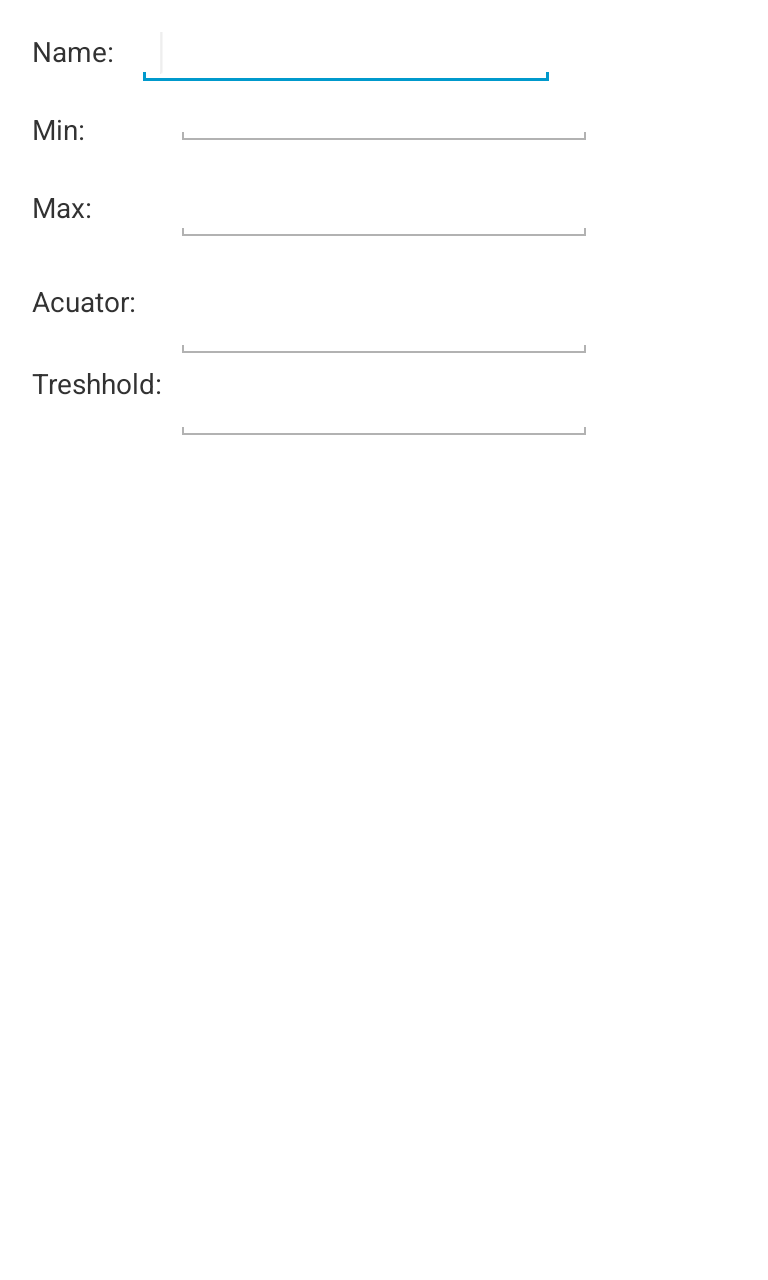
Repository: CTIS-SP-Team5/greenAgent
Layout: Android/GreenAgent/GreenAgent/res/layout/activity_view_setting.xml
These files come from the project's save history. The layout is drawn as it stood at one moment and after the next save; the edit follows.
It is drawn on a 768 x 1280 px phone screen (xhdpi) without system bars, with theme AppTheme; the app's code is not run.

Above is the layout before, as saved 2014-05-05 17:59:06.

### Android/GreenAgent/GreenAgent/res/layout/activity_view_setting.xml
<RelativeLayout xmlns:android="http://schemas.android.com/apk/res/android"
    xmlns:tools="http://schemas.android.com/tools"
    android:layout_width="match_parent"
    android:layout_height="match_parent"
    android:paddingBottom="@dimen/activity_vertical_margin"
    android:paddingLeft="@dimen/activity_horizontal_margin"
    android:paddingRight="@dimen/activity_horizontal_margin"
    android:paddingTop="@dimen/activity_vertical_margin"
    tools:context=".ViewSettingActivity" >

    <TextView
        android:id="@+id/textView2"
        android:layout_width="wrap_content"
        android:layout_height="wrap_content"
        android:text="Name:" />

    <TextView
        android:id="@+id/textView1"
        android:layout_width="wrap_content"
        android:layout_height="wrap_content"
        android:layout_alignLeft="@+id/textView2"
        android:layout_below="@+id/textView2"
        android:layout_marginTop="20dp"
        android:text="Min:" />

    <TextView
        android:id="@+id/textView3"
        android:layout_width="wrap_content"
        android:layout_height="wrap_content"
        android:layout_alignLeft="@+id/textView1"
        android:layout_below="@+id/textView1"
        android:layout_marginTop="20dp"
        android:text="Max:" />

    <TextView
        android:id="@+id/textView4"
        android:layout_width="wrap_content"
        android:layout_height="wrap_content"
        android:layout_below="@+id/textView3"
        android:layout_marginTop="28dp"
        android:text="Acuator:" />

    <TextView
        android:id="@+id/textView5"
        android:layout_width="wrap_content"
        android:layout_height="wrap_content"
        android:layout_alignLeft="@+id/textView4"
        android:layout_below="@+id/textView4"
        android:layout_marginTop="22dp"
        android:text="Treshhold:" />

    <EditText
        android:id="@+id/editText1"
        android:layout_width="wrap_content"
        android:layout_height="wrap_content"
        android:layout_alignBaseline="@+id/textView2"
        android:layout_alignBottom="@+id/textView2"
        android:layout_toRightOf="@+id/textView4"
        android:ems="10" >

        <requestFocus />
    </EditText>

    <EditText
        android:id="@+id/editText2"
        android:layout_width="wrap_content"
        android:layout_height="wrap_content"
        android:layout_above="@+id/textView3"
        android:layout_centerHorizontal="true"
        android:ems="10" />

    <EditText
        android:id="@+id/editText3"
        android:layout_width="wrap_content"
        android:layout_height="wrap_content"
        android:layout_alignBaseline="@+id/textView3"
        android:layout_alignBottom="@+id/textView3"
        android:layout_centerHorizontal="true"
        android:ems="10" />

    <EditText
        android:id="@+id/editText4"
        android:layout_width="wrap_content"
        android:layout_height="wrap_content"
        android:layout_alignTop="@+id/textView4"
        android:layout_centerHorizontal="true"
        android:ems="10" />

    <EditText
        android:id="@+id/editText5"
        android:layout_width="wrap_content"
        android:layout_height="wrap_content"
        android:layout_alignTop="@+id/textView5"
        android:layout_centerHorizontal="true"
        android:ems="10" />

</RelativeLayout>

Loaded but not shown: Android/GreenAgent/GreenAgent/res/values/styles.xml (common file); Android/GreenAgent/GreenAgent/res/values-v11/styles.xml (common file); Android/GreenAgent/GreenAgent/res/values-v14/styles.xml (common file); Android/GreenAgent/GreenAgent/res/values/dimens.xml (common file)

After the next save:
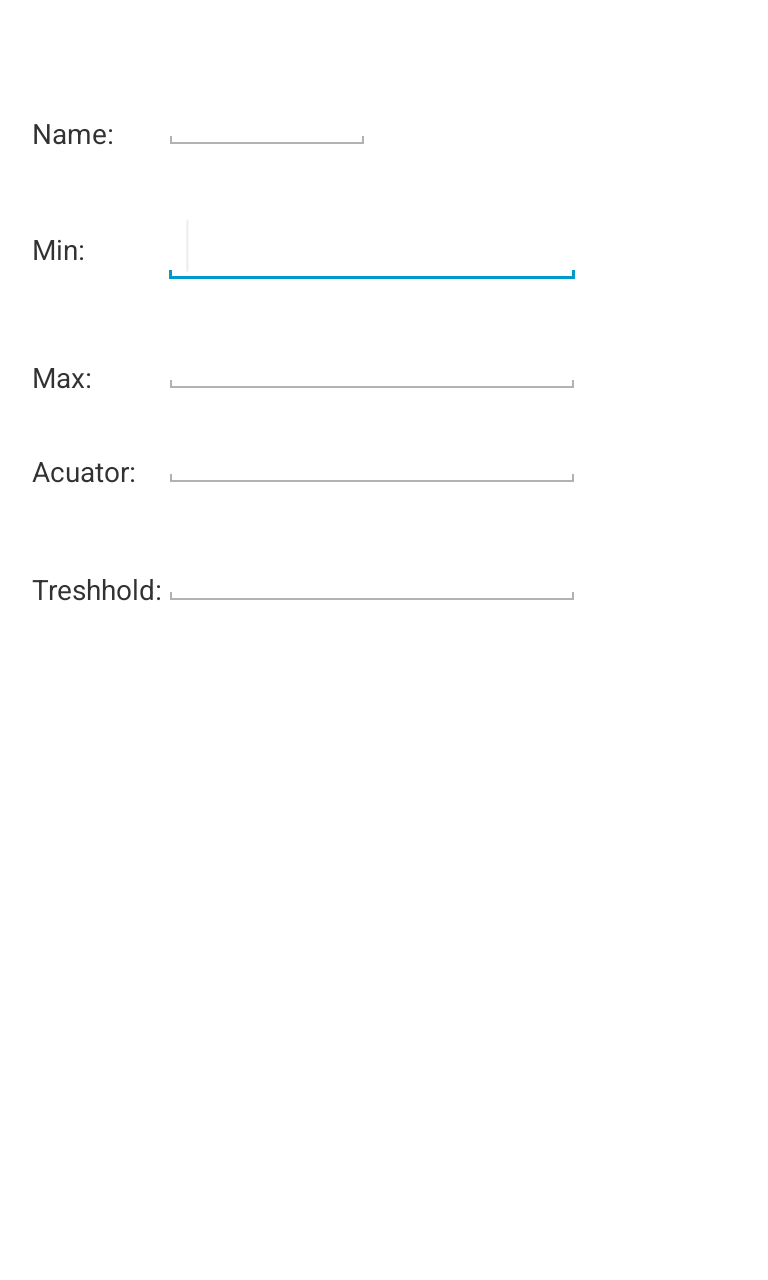
Saved 80 s later.
--- a/Android/GreenAgent/GreenAgent/res/layout/activity_view_setting.xml
+++ b/Android/GreenAgent/GreenAgent/res/layout/activity_view_setting.xml
@@ -9,10 +9,31 @@
     tools:context=".ViewSettingActivity" >
 
     <TextView
-        android:id="@+id/textView2"
+        android:id="@+id/textView5"
         android:layout_width="wrap_content"
         android:layout_height="wrap_content"
-        android:text="Name:" />
+        android:layout_alignLeft="@+id/textView4"
+        android:layout_below="@+id/textView4"
+        android:layout_marginTop="40dp"
+        android:text="Treshhold:" />
+
+    <TextView
+        android:id="@+id/textView4"
+        android:layout_width="wrap_content"
+        android:layout_height="wrap_content"
+        android:layout_alignLeft="@+id/textView3"
+        android:layout_below="@+id/editText3"
+        android:layout_marginTop="28dp"
+        android:text="Acuator:" />
+
+    <TextView
+        android:id="@+id/textView3"
+        android:layout_width="wrap_content"
+        android:layout_height="wrap_content"
+        android:layout_alignLeft="@+id/textView1"
+        android:layout_below="@+id/editText2"
+        android:layout_marginTop="36dp"
+        android:text="Max:" />
 
     <TextView
         android:id="@+id/textView1"
@@ -20,78 +41,59 @@
         android:layout_height="wrap_content"
         android:layout_alignLeft="@+id/textView2"
         android:layout_below="@+id/textView2"
-        android:layout_marginTop="20dp"
+        android:layout_marginTop="39dp"
         android:text="Min:" />
 
     <TextView
-        android:id="@+id/textView3"
+        android:id="@+id/textView2"
         android:layout_width="wrap_content"
         android:layout_height="wrap_content"
-        android:layout_alignLeft="@+id/textView1"
-        android:layout_below="@+id/textView1"
-        android:layout_marginTop="20dp"
-        android:text="Max:" />
-
-    <TextView
-        android:id="@+id/textView4"
-        android:layout_width="wrap_content"
-        android:layout_height="wrap_content"
-        android:layout_below="@+id/textView3"
-        android:layout_marginTop="28dp"
-        android:text="Acuator:" />
-
-    <TextView
-        android:id="@+id/textView5"
-        android:layout_width="wrap_content"
-        android:layout_height="wrap_content"
-        android:layout_alignLeft="@+id/textView4"
-        android:layout_below="@+id/textView4"
-        android:layout_marginTop="22dp"
-        android:text="Treshhold:" />
+        android:layout_alignParentTop="true"
+        android:layout_marginTop="41dp"
+        android:text="Name:" />
 
     <EditText
         android:id="@+id/editText1"
         android:layout_width="wrap_content"
         android:layout_height="wrap_content"
-        android:layout_alignBaseline="@+id/textView2"
         android:layout_alignBottom="@+id/textView2"
-        android:layout_toRightOf="@+id/textView4"
+        android:layout_toRightOf="@+id/textView5"
+        android:ems="5" />
+
+    <EditText
+        android:id="@+id/editText2"
+        android:layout_width="wrap_content"
+        android:layout_height="wrap_content"
+        android:layout_alignBaseline="@+id/textView1"
+        android:layout_alignBottom="@+id/textView1"
+        android:layout_alignLeft="@+id/editText1"
         android:ems="10" >
 
         <requestFocus />
     </EditText>
 
     <EditText
-        android:id="@+id/editText2"
-        android:layout_width="wrap_content"
-        android:layout_height="wrap_content"
-        android:layout_above="@+id/textView3"
-        android:layout_centerHorizontal="true"
-        android:ems="10" />
-
-    <EditText
         android:id="@+id/editText3"
         android:layout_width="wrap_content"
         android:layout_height="wrap_content"
-        android:layout_alignBaseline="@+id/textView3"
         android:layout_alignBottom="@+id/textView3"
-        android:layout_centerHorizontal="true"
+        android:layout_alignLeft="@+id/editText2"
         android:ems="10" />
 
     <EditText
         android:id="@+id/editText4"
         android:layout_width="wrap_content"
         android:layout_height="wrap_content"
-        android:layout_alignTop="@+id/textView4"
-        android:layout_centerHorizontal="true"
+        android:layout_above="@+id/textView5"
+        android:layout_alignLeft="@+id/editText3"
         android:ems="10" />
 
     <EditText
         android:id="@+id/editText5"
         android:layout_width="wrap_content"
         android:layout_height="wrap_content"
-        android:layout_alignTop="@+id/textView5"
-        android:layout_centerHorizontal="true"
+        android:layout_alignBottom="@+id/textView5"
+        android:layout_toRightOf="@+id/textView5"
         android:ems="10" />
 
 </RelativeLayout>
